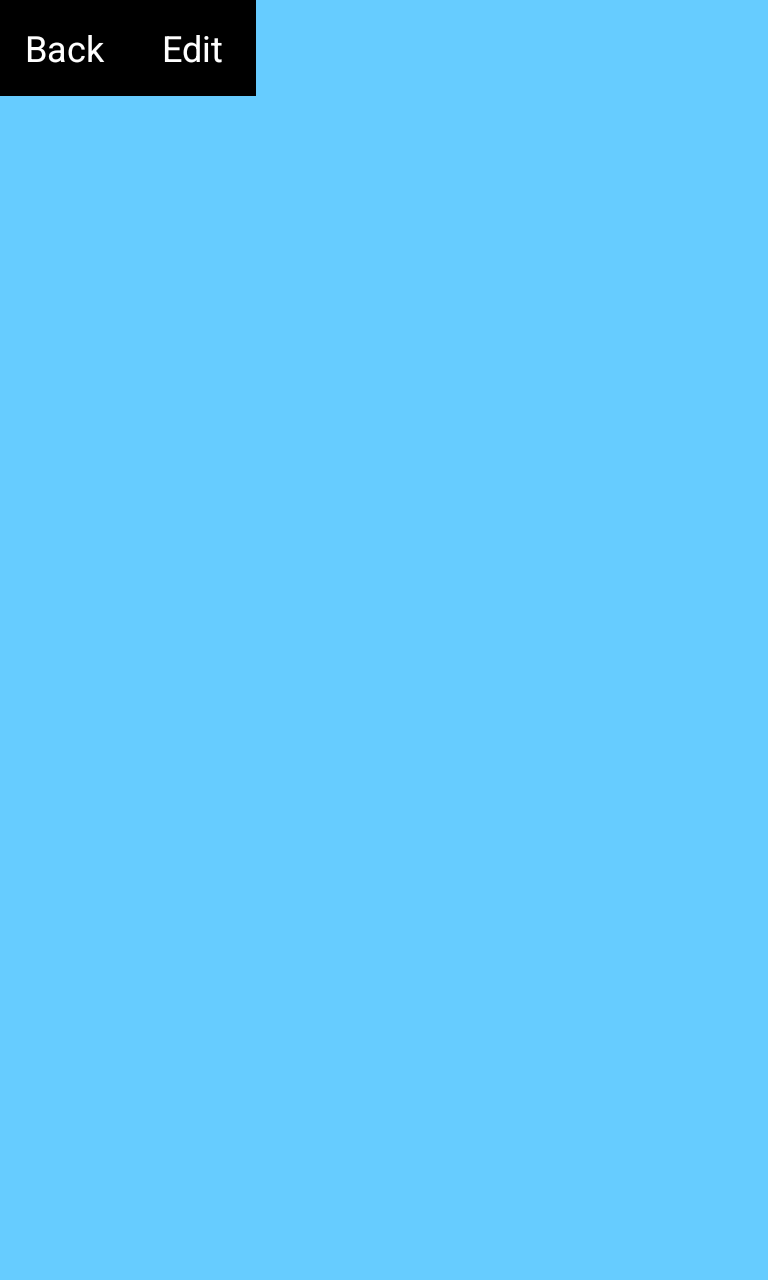
Repository: Ollyder/eclipse_work
Layout: TableLayout/res/layout/title.xml
The author's editor kept a copy of each file at every save. The layout is drawn from the files as they stood at one save, then again after the next save.
It is drawn on a 768 x 1280 px phone screen (xhdpi) without system bars, with theme AppTheme; the app's code is not run.

Above is the layout before, as saved 2017-05-28 05:31:55.

### TableLayout/res/layout/title.xml
<?xml version="1.0" encoding="utf-8"?>
<LinearLayout xmlns:android="http://schemas.android.com/apk/res/android"
    android:layout_width="match_parent"
    android:layout_height="wrap_content"
    android:background="#66ccff"

     >

     <Button
        android:id="@+id/title_button1"
        android:layout_width="wrap_content"
        android:layout_height="wrap_content"
        android:layout_gravity="left"

        android:background="#000000"
        android:textColor="#ffffff"
        android:text="Back" />

    <!-- <TextView
        android:id="@+id/title_text_view1"
        android:layout_width="wrap_content"
        android:layout_height="wrap_content"

        android:layout_gravity="center"
        android:background="#000000"
        android:textColor="#ffffff"
        android:text="Title" /> -->

     <Button
        android:id="@+id/title_button2"
        android:layout_width="wrap_content"
        android:layout_height="wrap_content"

        android:background="#000000"
        android:text="Edit"
        android:layout_gravity="right"
        android:textColor="#ffffff" />

</LinearLayout>

Loaded but not shown: TableLayout/res/values/styles.xml (common file); TableLayout/res/values-v11/styles.xml (common file); TableLayout/res/values-v14/styles.xml (common file)

After the next save:
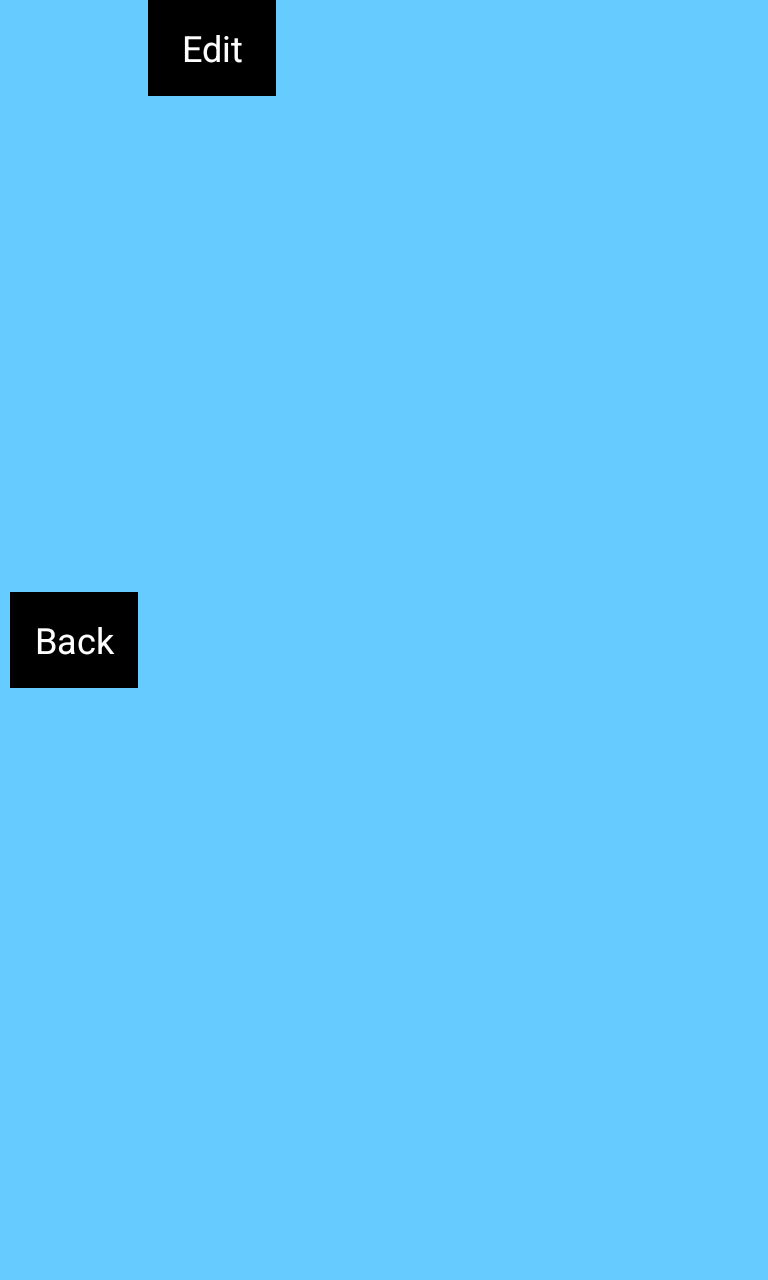
Saved 76 s later.
--- a/TableLayout/res/layout/title.xml
+++ b/TableLayout/res/layout/title.xml
@@ -3,15 +3,14 @@
     android:layout_width="match_parent"
     android:layout_height="wrap_content"
     android:background="#66ccff"
-
      >
 
      <Button
         android:id="@+id/title_button1"
         android:layout_width="wrap_content"
         android:layout_height="wrap_content"
-        android:layout_gravity="left"
-
+        android:layout_gravity="center"
+        android:layout_margin="5dip"
         android:background="#000000"
         android:textColor="#ffffff"
         android:text="Back" />
